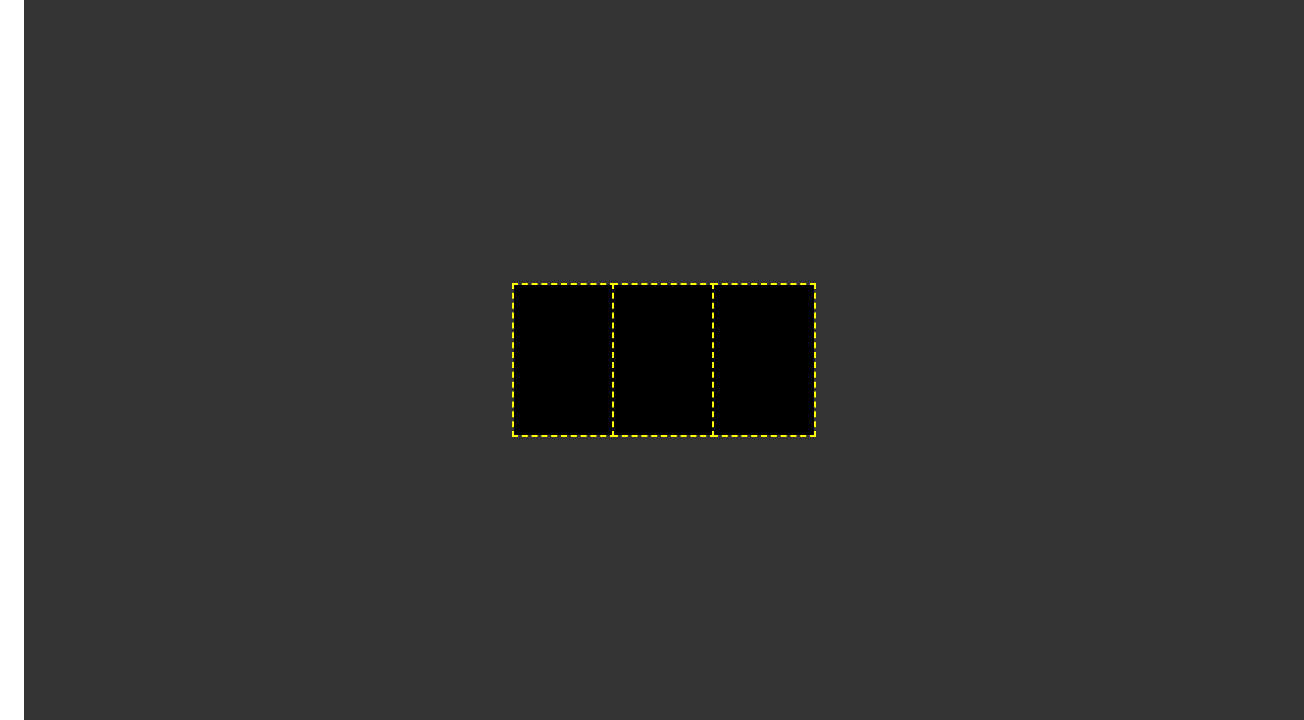
Repository: YEOMJINSEOP/CSSLab
Page: / (app in csslab/)
These files come from the project's save history. The page is drawn as it stood at one moment and after the next save; the edit follows.
The browser window is 1280 px wide. The page is 1304 px wide, so the pictures cover 1304 px, including what lies to the right of the window. The pictures show the whole page.
The project was rebuilt for these pictures with package versions that can differ from the ones it lists, and the page was loaded fresh each time. Also part of the build but not shown: csslab/src/components/Basic3d.jsx.

Above is the page before, as saved 2023-05-17 23:30:14.

After the next save:
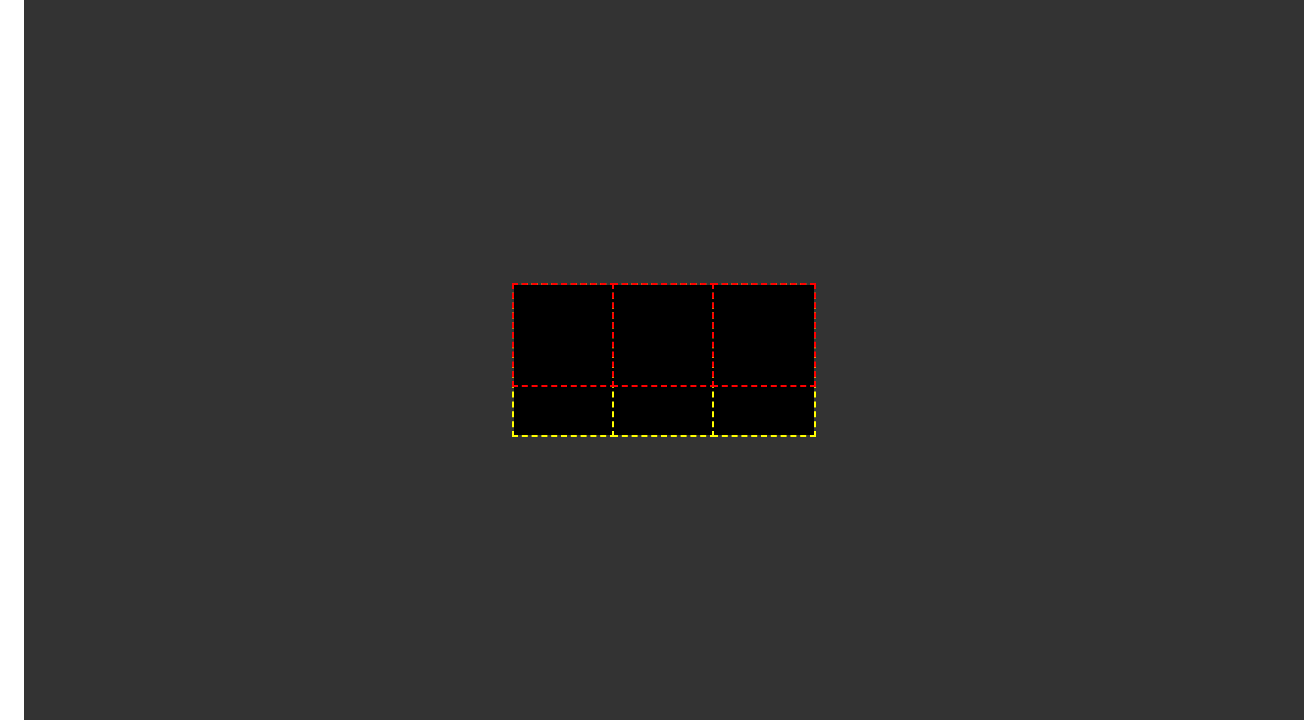
Saved 25 s later.
--- a/csslab/src/components/ThreeDoors.module.css
+++ b/csslab/src/components/ThreeDoors.module.css
@@ -28,4 +28,6 @@
   height: 100px;
   background-repeat: no-repeat;
   background-position: center bottom;
+  background-size: contain;
+  outline: 2px dashed red;
 }
